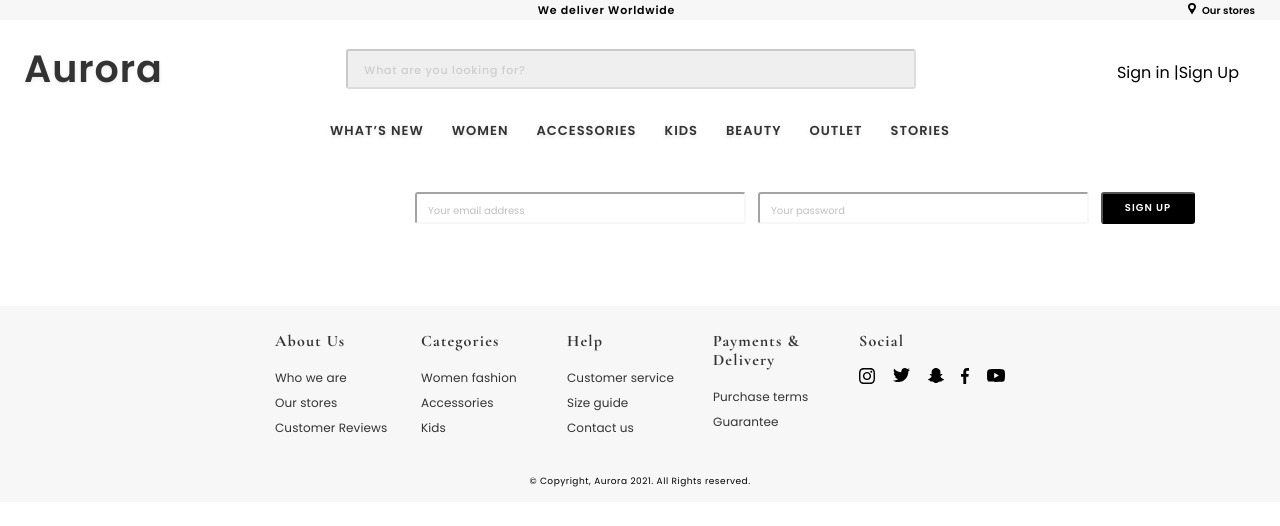
Repository: YuraKrvz/aurora-react-redux-toolkit-firebase
Page: /signUp
These files come from the project's save history. The page is drawn as it stood at one moment and after the next save; the edit follows.
The browser window is 1280 px wide. The pictures show the whole page.
The project was rebuilt for these pictures with package versions that can differ from the ones it lists, and the page was loaded fresh each time. Also part of the build but not shown: src/components/MainSection/MainSection.jsx, src/pages/HomeGuest.jsx, src/pages/HomeUser.jsx, src/pages/SignIn.jsx.

Above is the page before, as saved 2021-11-29 13:23:13.

### public/index.html
<!DOCTYPE html>
<html lang="en">
  <head>
    <meta charset="utf-8" />
    <link rel="icon" href="%PUBLIC_URL%/favicon.ico" />
    <meta name="viewport" content="width=device-width, initial-scale=1" />
    <meta name="theme-color" content="#000000" />
    <meta
      name="description"
      content="Web site created using create-react-app"
    />
    <link rel="apple-touch-icon" href="%PUBLIC_URL%/logo192.png" />
    <link rel="manifest" href="%PUBLIC_URL%/manifest.json" />
    <link rel="preconnect" href="https://fonts.googleapis.com">
    <link rel="preconnect" href="https://fonts.googleapis.com">
    <link rel="preconnect" href="https://fonts.gstatic.com" crossorigin>
    <title>React App</title>
  </head>
  <body>
    <noscript>You need to enable JavaScript to run this app.</noscript>
    <div id="root"></div>
  </body>
</html>

### src/index.css
@import '~normalize.css';
@import url('https://fonts.googleapis.com/css2?family=Poppins:wght@100;200;300;400;500;600;700&display=swap');
@import url('https://fonts.googleapis.com/css2?family=Cormorant+Garamond:wght@300;400;500;600;700&display=swap');

*, ::after, ::before {
  margin: 0;
  padding: 0;
  box-sizing: border-box;
  font-family: var(--text-regular-poppins);
  color: var(--color-very-black);
}
html, body{
  height: 100%;
}

:root{
  --text-regular-poppins: 'Poppins';
  --text-cormorant-garamond: 'Cormorant Garamond';

  --color-black: #333333;
  --color-very-black: #000000;
  --color-white:  #FFFFFF;
  --color-silver: #F7F7F7;

  --src-guest: './insta.svg';
  --src-user: './user.svg';
  --bg-wall: var(--src-guest);
}

### src/components/CustomRouter/CustomRouter.jsx
import { Routes, Route } from 'react-router-dom';
import HomeGuest from '../../pages/HomeGuest';
import HomeUser from '../../pages/HomeUser';
import SignIn from '../../pages/SignIn';
import SignUp from '../../pages/SignUp';
import {useAuthorization} from '../../hooks/useAuthorization';

const CustomRouter = () => {
   const {isAuth} = useAuthorization();

   return (
      <>
      <Routes>
         {
         isAuth ? (
            <>
               <Route path='/' element={<HomeUser />} />
               <Route path='/signIn' element={<SignIn />} />
               <Route path='/signUp' element={<SignUp />} />
            </>
         ) : (
            <>
               <Route path='/' element={<HomeGuest />} />
               <Route path='/signIn' element={<SignIn />} />
               <Route path='/signUp' element={<SignUp />} />
            </>
         )
         }
      </Routes>
      </>
   )
}

export default CustomRouter

### src/components/Header/Header.jsx
import React from 'react';
import s from './Header.module.css';
import { NavLink } from 'react-router-dom';
import GlobalSvgSelector from '../../source/GlobalSvgSelector';
import OverHeader from './OverHeader/OverHeader';
import Authorization from '../Authorization/Authorization';

const Header = () => {
   return (
      <>
         <header className={s.header}>
            <OverHeader />
            <div className={s.header_body}>
               <NavLink to='/' className={s.header_title}>Aurora</NavLink>
               <label className={s.input_wrap}>
                  <input className={s.header_searcher} type="text" placeholder="What are you looking for?" />
                  <GlobalSvgSelector className={s.icon} id="fill" color='black' />
               </label>
               <div>
                  <Authorization />
               </div>
            </div>
            <ul className={s.header_list}>
               <li className={s.header_list__item}>what’s new</li>
               <li className={s.header_list__item}>women</li>
               <li className={s.header_list__item}>accessories</li>
               <li className={s.header_list__item}>kids</li>
               <li className={s.header_list__item}>beauty</li>
               <li className={s.header_list__item}>outlet</li>
               <li className={s.header_list__item}>stories</li>
            </ul>
         </header>
      </>
   )
}

export default Header


// HEADER / Aurora
// <h6>{email}</h6>
//    <ul>
//       <li>
//          <NavLink  to='/' >home</NavLink>
//          <NavLink  to='/signIn' >signIn</NavLink>
//          <NavLink  to='/signUp' >signUp</NavLink>
//       </li>
//    </ul>
// </header>

### src/components/Footer/Footer.jsx
import GlobalSvgSelector from '../../source/GlobalSvgSelector';
import s from './Footer.module.css';

function Footer(){
   return (
      <>
         <footer className={s.footer}>
            <div className={s.footer_inner}>
               <div className={s.footer_item}>
                  <h6 className={s.title}>About Us</h6>
                  <ul className={s.list}>
                     <li className={s.text}>Who we are</li>
                     <li className={s.text}>Our stores</li>
                     <li className={s.text}>Customer Reviews</li>
                  </ul>
               </div>
               <div className={s.footer_item}>
                  <h6 className={s.title}>Categories</h6>
                  <ul className={s.list}>
                     <li className={s.text}>Women fashion</li>
                     <li className={s.text}>Accessories</li>
                     <li className={s.text}>Kids</li>
                  </ul>
               </div>
               <div className={s.footer_item}>
                  <h6 className={s.title}>Help</h6>
                  <ul className={s.list}>
                     <li className={s.text}>Customer service</li>
                     <li className={s.text}>Size guide</li>
                     <li className={s.text}>Contact us</li>
                  </ul>
               </div>
               <div className={s.footer_item}>
                  <h6 className={s.title}>Payments & Delivery</h6>
                  <ul className={s.list}>
                     <li className={s.text}>Purchase terms</li>
                     <li className={s.text}>Guarantee</li>
                  </ul>
               </div>
               <div className={s.footer_item}>
                  <h6 className={s.title}>Social</h6>
                  <ul className={s.list}>
                     <li className={s.social_icon}>
                        <a href="#"><GlobalSvgSelector id='instagram' /></a>
                        <a href="#"><GlobalSvgSelector id='twitter' /></a>
                        <a href="#"><GlobalSvgSelector id='snapchat' /></a>
                        <a href="#"><GlobalSvgSelector id='facebook' /></a>
                        <a href="#"><GlobalSvgSelector id='youtube' /></a>
                     </li>
                  </ul>
               </div>
            </div>
            <div className={s.copy_right}>
               <p>© Copyright, Aurora 2021. All Rights reserved.</p>
            </div>
         </footer>
      </>
   )
}

export default Footer

### src/pages/SignUp.jsx
import React, {useRef} from 'react';
import s from '../components/MainSection/MainSection.module.css';
import {signUp} from '../firebase';

const SignUp = () => {
   const emailRef = useRef();
   const passwordRef = useRef();
   async function handler(){
      try{
         await signUp(emailRef.current.value, passwordRef.current.value)
      }
      catch{
         alert('error in sign up')
      }
   }

   return (
      <>
         <div className={s.section_register_field}>
            <div style={{minHeight: '100%', display: 'flex', flexDirection: 'column'}}>
               <label className={s.input_wrap} style={{}}>
               <input className={s.section_register_input} ref={emailRef} type="email" placeholder='Your email address' />
               <input className={s.section_register_input} ref={passwordRef} type="password" placeholder='Your password' />
               <button className={s.section_register_btn} onClick={handler} >Sign Up</button>
               </label>
            </div>
         </div>
      </>
   )
}

export default SignUp;

### src/hooks/useAuthorization.jsx
import {useSelector} from 'react-redux';

export function useAuthorization(){
   const {email, id, token} = useSelector(state => state.user);

   return {
      isAuth: !!email,
      email,
      id,
      token,
   }
}

### src/components/Header/Header.module.css
.header{
   width: 100%;
   height: 160px;
   /* background: linear-gradient(180deg, rgba(51, 51, 51, 0.9) 14.31%, rgba(27, 27, 27, 0.469176) 58.6%, rgba(0, 0, 0, 0.0001) 100%); */
   mix-blend-mode: normal;
   /* opacity: 0.24; */
   /* background: rgba(0, 0, 0, 0.1); */
   /* background-color: black; */
}
.header_body{
   display: flex;
   justify-content: space-between;
   align-items: center;
   padding: 0 24px;
}
.header_title{
   margin: 0;
   font-style: normal;
   font-weight: 600;
   font-size: 38px;
   line-height: 57px;
   letter-spacing: 0.95px;
   color: var(--color-black, --color-white);
   text-shadow: 0px 2px 4px rgba(0, 0, 0, 0.08);
   text-decoration: none;
}
.input_wrap{
   position: relative;
}
.header_searcher{
   background-color: silver;
   border-color: none;
   mix-blend-mode: normal;
   opacity: 0.24;
   border-radius: 3px;
   width: 570px;
   height: 40px;
   color: var(--color-very-black);
}
.icon{
   position: absolute;
   width: 17px;
   height: 17px;
   top: 30%;
   right: 10px;
   /* background-color: var(--color-very-black) */
}
.header_searcher::placeholder {
   padding: 16px;
   height: 17px;
   font-weight: 500;
   font-size: 11px;
   line-height: 16px;
   letter-spacing: 0.8px;
   color: var(--color-black, --color-white);
 }
.header_user{
   font-style: normal;
   font-weight: 600;
   font-size: 11px;
   line-height: 16px;
   text-align: right;
   letter-spacing: 1px;
   color: var(--color-black, --color-white);
}
.header_list{
   list-style: none;
   display: flex;
   justify-content: space-between;
   text-transform: uppercase;
   width: 620px;
   margin: 24px auto;
   padding-bottom: 25px;
}
.header_list__item{
   color: var(--color-black, --color-white);
   font-style: normal;
   font-weight: 600;
   font-size: 13px;
   line-height: 19px;
   text-align: center;
   letter-spacing: 1px;
   text-transform: uppercase;
   text-shadow: 0px 2px 4px rgba(0, 0, 0, 0.12);
   cursor: pointer;
}

### src/components/Header/OverHeader/OverHeader.jsx
import GlobalSvgSelector from "../../../source/GlobalSvgSelector"
import s from './OverHeader.module.css';

const OverHeader = () => {
   return (
      <>
         <div className={s.wrapper}>
            <div />
            <h6 className={s.title}>We deliver Worldwide</h6>
            <div className={s.wrapper_text}>
               <GlobalSvgSelector id="shape" />
               <p className={s.text}>Our stores</p>
            </div>
         </div>
      </>
   )
}

export default OverHeader

### src/components/Authorization/Authorization.jsx
import s from './Authorization.module.css';
import GlobalSvgSelector from '../../source/GlobalSvgSelector';
import { useAuthorization } from '../../hooks/useAuthorization';
import { NavLink } from 'react-router-dom';

const Authorization = () => {
   const {isAuth, email, id} = useAuthorization();

   return (
      <>
         {!isAuth ? (
            <div >
               <NavLink to='/signIn' className={s.header_user}>
                  Sign in
               </NavLink>  |
               <NavLink to='/signUp' className={s.header_user}>
                  Sign Up
               </NavLink>
               <GlobalSvgSelector id="basket" color='black'/>
            </div>
         ) : (
            <div className={s.login_field}>
               <p className={s.login}>Hi, {email}!</p>
               <GlobalSvgSelector id="basket" color='black'/>
               {/*<GlobalSvgSelector id="ball" color='black'/>*/}
            </div>
         )}

      </>
   )
}

export default Authorization

### src/components/Footer/Footer.module.css
.footer{
   background-color: var(--color-silver);
}
.footer_inner{
   display: flex;
   justify-content: center;
   padding-top: 26px;
}
.footer_item{
   width: 146px;
   height: 105px;
   margin-bottom: 38px;
}
.title{
   margin-bottom: 17px;
   font-family: var(--text-cormorant-garamond);
   font-size: 16px;
   line-height: 19px;
   letter-spacing: 1.16364px;
   color: var(--color-black);
}
.list{
   list-style: none;
}
.list li {
   cursor: pointer;
}
.social_icon{
   display: flex;
   justify-content: space-between;
}
.text{
   margin-bottom: 6px;
   font-style: normal;
   font-weight: normal;
   font-size: 12px;
   line-height: 19px;
   letter-spacing: 0.1px;
   color: var(--color-black);
}
.copy_right{
   padding-bottom: 14px;
   font-style: normal;
   font-weight: normal;
   font-size: 9px;
   line-height: 13px;
   text-align: center;
   letter-spacing: 0.5px;
   color: var(--color-black);
}

### src/components/MainSection/MainSection.module.css
.section{

   height: 100vh;
   background-position: center;
   background-size: cover;
   background-repeat: no-repeat;
   display: flex;
   flex-direction: column;
}
.guest{
   background-image: url(./insta.svg);
}
.user{
   background-image: url(./user.svg);
}
.title{
   margin: auto;
   font-style: normal;
   font-weight: bold;
   font-size: 60px;
   line-height: 90px;
   text-align: center;
   color: var(--color-white);
}
.section_register_field{
   display: block;
   margin: 32px auto;
   width: 450px;
   height: 82px;
}
.text{
   margin-bottom: 14px;
   font-style: normal;
   font-weight: normal;
   font-size: 12px;
   line-height: 18px;
   letter-spacing: 0.872727px;
   color: var(--color-black);
}
.input_wrap{
   display: flex;
   align-items: center;
}
.section_register_input{
   padding: 7px 0 7px 11px;
   width: 335px;
   height: 32px;
   margin-right: 12px;
   border-radius: 3px;
   border-color: var(--color-silver);
}
.section_register_input::placeholder{
   color: silver;
   font-size: 10px;
}
.section_register_btn{
   min-width: 94px;
   height: 32px;
   border-radius: 3px;
   /* border: transparent; */
   background-color: var(--color-very-black);
   color: var(--color-white);
   font-style: normal;
   font-weight: 600;
   font-size: 10px;
   line-height: 20px;
   text-align: center;
   letter-spacing: 1px;
   text-transform: uppercase;
   cursor: pointer;
}

### src/components/Header/OverHeader/OverHeader.module.css
.wrapper{
   width: 100%;
   height: 20px;
   display: flex;
   justify-content: space-between;
   align-items: center;
   padding: 4px 25px;
   font-weight: 600;
   background-color: var(--color-silver, --color-white);
   margin-bottom: 20px;
}
.title{
   font-style: normal;
   font-weight: 500;
   font-size: 11px;
   line-height: 16px;
   text-align: center;
   letter-spacing: 0.8px;
   font-weight: 600;
}
.wrapper_text{
   display: flex;
}
.text{
   padding-left: 6px;
   font-family: Poppins;
   font-style: normal;
   font-size: 10px;
   line-height: 15px;
   text-align: right;
   letter-spacing: 0.0833333px;
}

### src/components/Authorization/Authorization.module.css
.login_field{
   display: flex;
   align-items: center;
}
.login{
   margin-right: 17px;
   font-style: normal;
   font-weight: 600;
   font-size: 11px;
   line-height: 16px;
   text-align: right;
   letter-spacing: 1px;
   color: var(--color-very-black);
}
.header_user{
   text-decoration: none;
}

Loaded but not shown: src/firebase.js (22 lines, source omitted); src/store/slices/userSlice.js (27 lines, source omitted); src/App.js (23 lines, source omitted); src/index.js (13 lines, source omitted); src/store/index.js (8 lines, source omitted); src/source/GlobalSvgSelector.jsx (88 lines, source omitted)

After the next save:
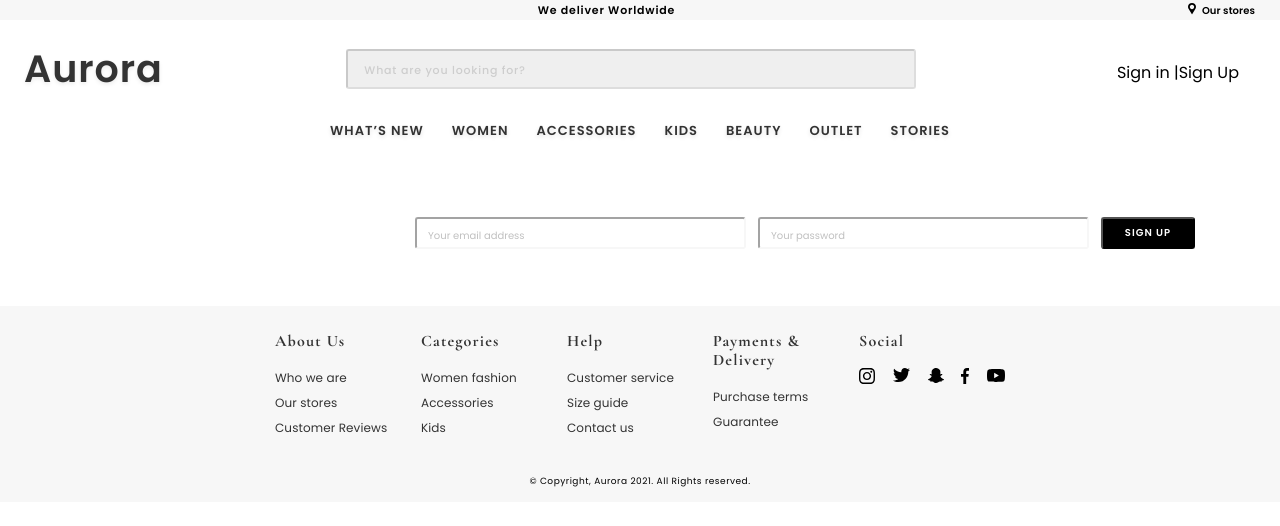
Saved 9 s later.
--- a/src/pages/SignUp.jsx
+++ b/src/pages/SignUp.jsx
@@ -18,7 +18,7 @@
       <>
          <div className={s.section_register_field}>
             <div style={{minHeight: '100%', display: 'flex', flexDirection: 'column'}}>
-               <label className={s.input_wrap} style={{}}>
+               <label className={s.input_wrap} style={{flex: '1'}}>
                <input className={s.section_register_input} ref={emailRef} type="email" placeholder='Your email address' />
                <input className={s.section_register_input} ref={passwordRef} type="password" placeholder='Your password' />
                <button className={s.section_register_btn} onClick={handler} >Sign Up</button>

After the 3 saves that followed:
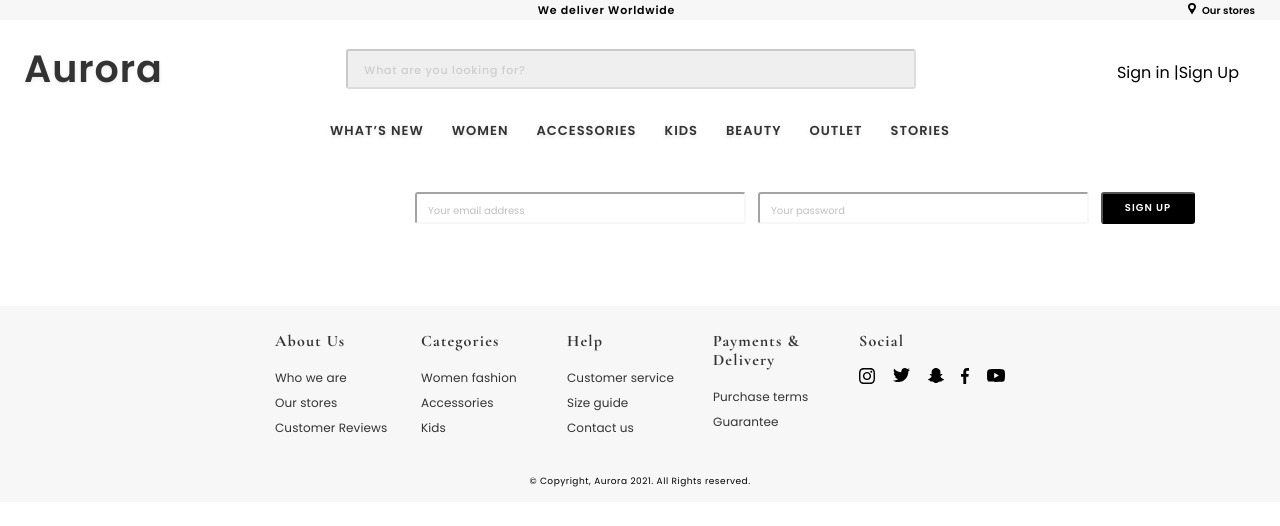
The 3 saves are shown as one change because 2 left the picture as it was.
The last was saved 4 min 53 s later.
--- a/src/components/CustomRouter/CustomRouter.jsx
+++ b/src/components/CustomRouter/CustomRouter.jsx
@@ -9,7 +9,7 @@ const CustomRouter = () => {
    const {isAuth} = useAuthorization();
 
    return (
-      <>
+      <div style={{minHeight: '100%', display: 'flex', flexDirection: 'column'}}>
       <Routes>
          {
          isAuth ? (
@@ -27,7 +27,7 @@ const CustomRouter = () => {
          )
          }
       </Routes>
-      </>
+      </div>
    )
 }
 
--- a/src/pages/SignUp.jsx
+++ b/src/pages/SignUp.jsx
@@ -17,8 +17,8 @@
    return (
       <>
          <div className={s.section_register_field}>
-            <div style={{minHeight: '100%', display: 'flex', flexDirection: 'column'}}>
-               <label className={s.input_wrap} style={{flex: '1'}}>
+            <div>
+               <label className={s.input_wrap} style={{flex: '1 1 auto'}}>
                <input className={s.section_register_input} ref={emailRef} type="email" placeholder='Your email address' />
                <input className={s.section_register_input} ref={passwordRef} type="password" placeholder='Your password' />
                <button className={s.section_register_btn} onClick={handler} >Sign Up</button>
